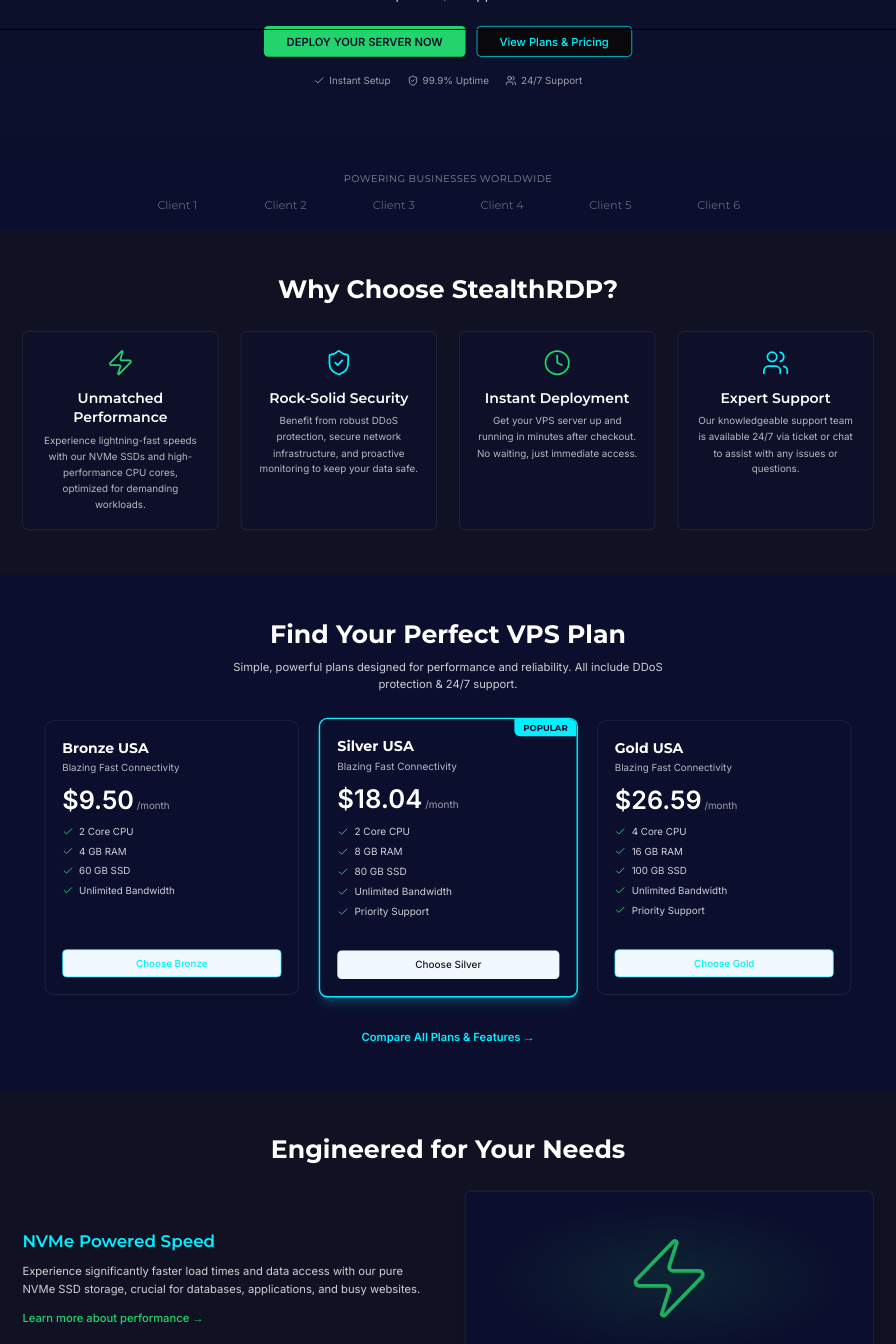
Repository: Husnainn01/stealthrdp2
Page: /
The author's editor kept a copy of each file at every save. The page is drawn from the files as they stood at one save, then again after the next save.
The browser window is 1280 px wide. The pictures show the part of the page from y = 323 to 2243 px (the page is 4403 px tall before and 4379 px after), at 70% of full size.
The project was rebuilt for these pictures with package versions that can differ from the ones it lists, and the page was loaded fresh each time. Also part of the build but not shown: vite.config.ts, src/components/ui/tooltip.tsx, src/components/ui/accordion.tsx, src/pages/FAQ.tsx, src/components/ui/card.tsx, src/components/ui/tabs.tsx, src/pages/Plans.tsx, src/pages/Features.tsx and 1 more.

Above is the page before, as saved 2025-05-05 23:36:37.

After the next save:
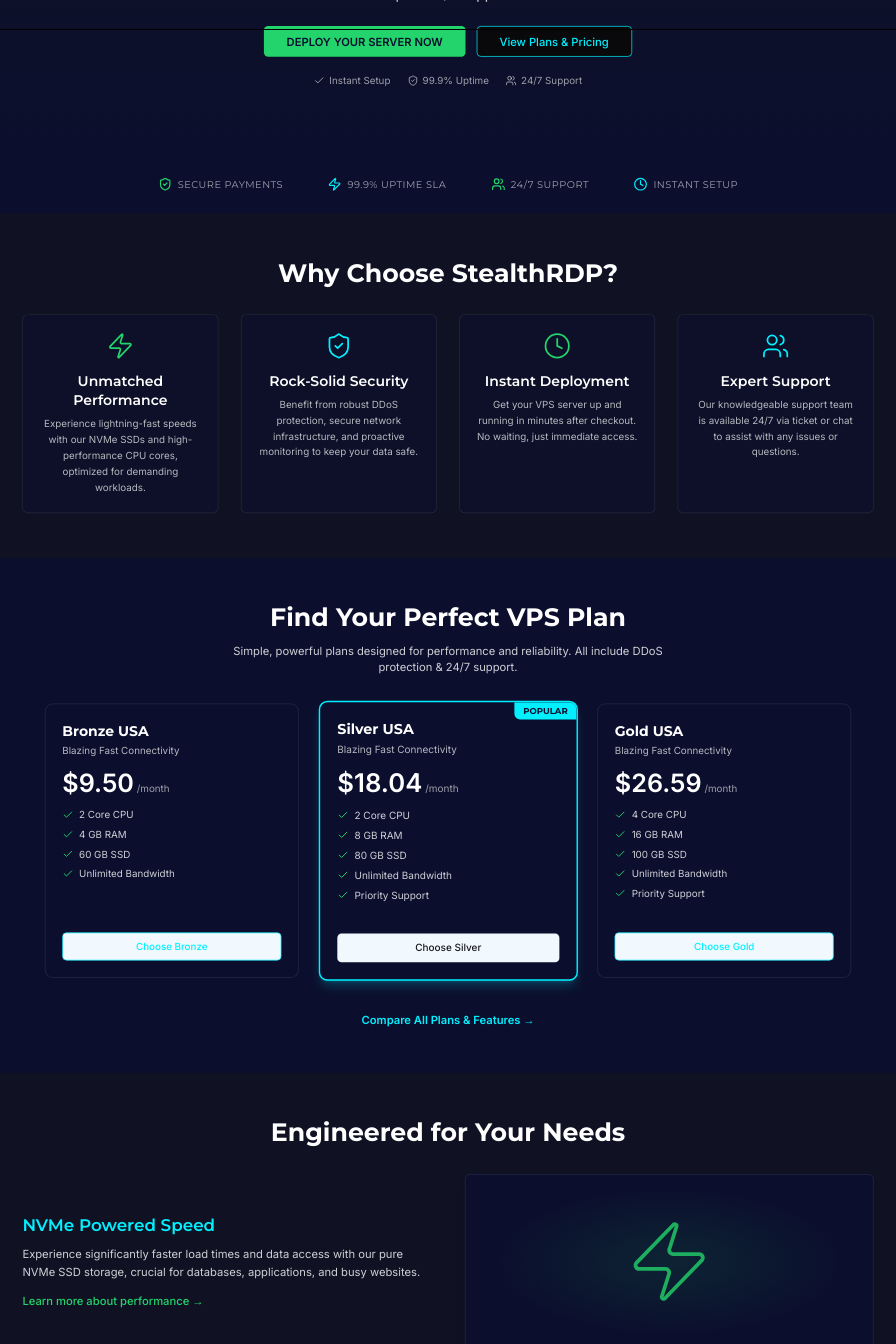
Saved 112 s later.
--- a/src/pages/Index.tsx
+++ b/src/pages/Index.tsx
@@ -37,17 +37,29 @@
       </section>
 
       {/* 2. Trust/Client Logo Bar */}
-      <section className="py-6 bg-midnight">
-        <div className="container">
-          <p className="text-center text-white/50 text-sm font-montserrat uppercase tracking-wider mb-4">Powering Businesses Worldwide</p>
-          <div className="grid grid-cols-3 md:grid-cols-6 gap-8 items-center max-w-4xl mx-auto">
-            {[1, 2, 3, 4, 5, 6].map((i) => (
-              <div key={i} className="flex justify-center">
-                <span className="font-montserrat text-white/50 text-sm md:text-base opacity-70 hover:opacity-100 transition-opacity">
-                  Client {i}
-                </span>
-              </div>
-            ))}
+      <section className="py-8 bg-midnight">
+        <div className="container">
+          <div className="flex flex-wrap justify-center items-center gap-x-8 gap-y-4 md:gap-x-12 lg:gap-x-16 max-w-4xl mx-auto">
+            {/* Trust Signal 1: Secure Payments */}
+            <div className="flex items-center gap-2 text-white/60 hover:text-white/80 transition-colors">
+              <ShieldCheck size={20} className="text-cyber" />
+              <span className="font-montserrat text-sm uppercase tracking-wider">Secure Payments</span>
+            </div>
+            {/* Trust Signal 2: Uptime */}
+            <div className="flex items-center gap-2 text-white/60 hover:text-white/80 transition-colors">
+              <Zap size={20} className="text-electric" />
+              <span className="font-montserrat text-sm uppercase tracking-wider">99.9% Uptime SLA</span>
+            </div>
+            {/* Trust Signal 3: Support */}
+            <div className="flex items-center gap-2 text-white/60 hover:text-white/80 transition-colors">
+              <Users size={20} className="text-cyber" />
+              <span className="font-montserrat text-sm uppercase tracking-wider">24/7 Support</span>
+            </div>
+             {/* Trust Signal 4: Instant Setup */}
+             <div className="flex items-center gap-2 text-white/60 hover:text-white/80 transition-colors">
+              <Clock size={20} className="text-electric" />
+              <span className="font-montserrat text-sm uppercase tracking-wider">Instant Setup</span>
+            </div>
           </div>
         </div>
       </section>
